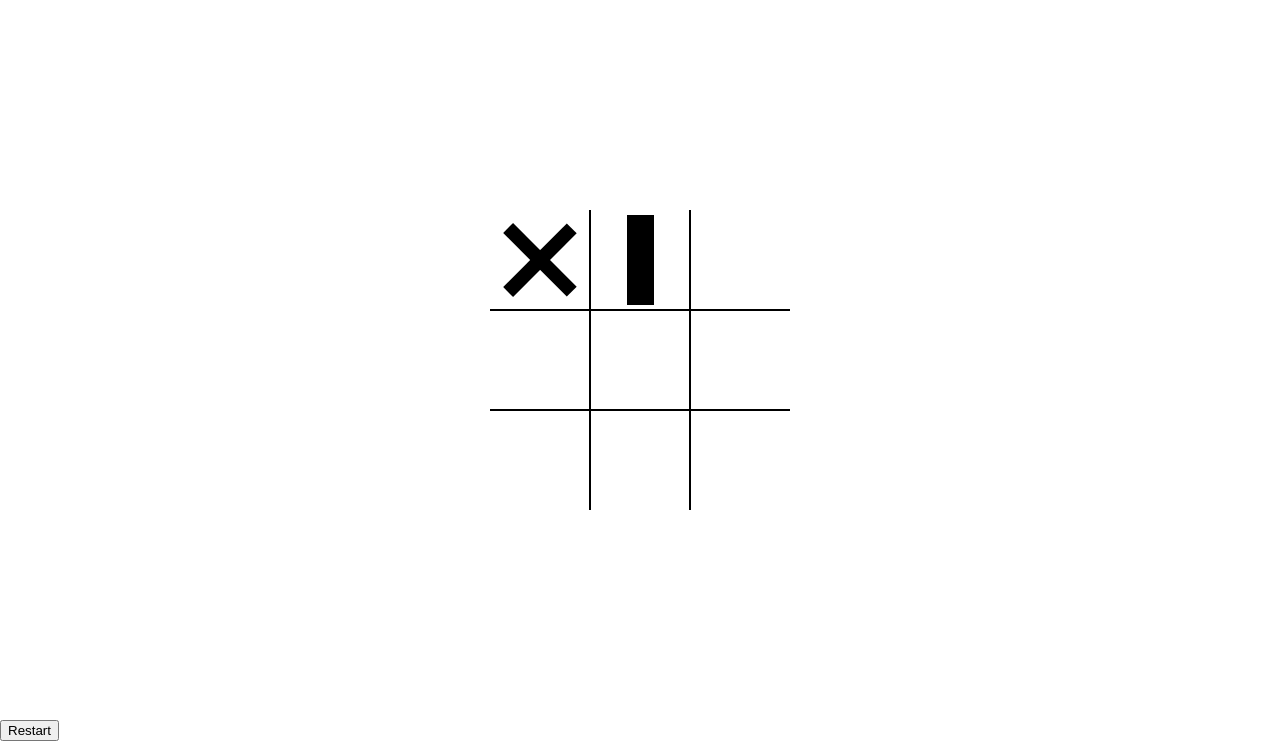
Repository: divya2/tic-toc-toe
Page: index.html
The author's editor kept a copy of each file at every save. The page is drawn from the files as they stood at one save, then again after the next save.
The browser window is 1280 px wide. The pictures show the whole page.

Above is the page before, as saved 2020-10-29 21:16:22.
Not found: script.js

### index.html
<!DOCTYPE html>
<html lang="en">
<head>
    <meta charset="UTF-8">
    <meta name="viewport" content="width=device-width, initial-scale=1.0">
    <link rel="stylesheet" href="styles.css">
    <script src="script.js" defer></script>
    <title>Document</title>
</head>
<body>
    <div class="board" id="board">
        <div class="cell x" data-cell></div>
        <div class="cell circle" data-cell></div>
        <div class="cell" data-cell></div>
        <div class="cell" data-cell></div>
        <div class="cell" data-cell></div>
        <div class="cell" data-cell></div>
        <div class="cell" data-cell></div>
        <div class="cell" data-cell></div>
        <div class="cell" data-cell></div>
    </div>

    <div class="winning-message">
        <button id="restartButton">Restart</button>
    </div>
</body>
</html>

### styles.css
*, *::after, *::before {
    box-sizing: border-box;
}

:root {
    --cell-size: 100px;
    --mark-size: calc(var(--cell-size)* .9);
}
body {
    margin: 0;
}

.board {
    width: 100w;
    height: 100vh;
    display: grid;
    justify-content: center;
    align-content: center;
    justify-content: center;
    align-items: center;
    grid-template-columns: repeat(3,auto);
}

.cell {
    width: var(--cell-size);
    height: var(--cell-size);
    border: 1px solid black;
    display: flex;
    justify-content: center;
    align-items: center;
    position: relative;
}

.cell:first-child,
.cell:nth-child(2),
.cell:nth-child(3){
    border-top: none;
}

.cell:nth-child(3n+1){
    border-left: none;
}

.cell:nth-child(3n+3){
    border-right: none;
}

.cell:last-child,
.cell:nth-child(8),
.cell:nth-child(7){
    border-bottom: none;
}

.cell.x::before,
.cell.x::after{
    content:'';
    position: absolute;
    width: calc(var(--mark-size)*.15);
    height: var(--mark-size);
    background-color: black;
}

.cell.x::after{
    transform: rotate(-45deg);
}

.cell.x::before{
    transform: rotate(45deg);
}

.cell.circle::before,
.cell.circle::after{
    content: '';
    position: absolute;
    width: calc(var(--mark-size)*.30);
    height: var(--mark-size);
    background-color: black;
}

After the next save:
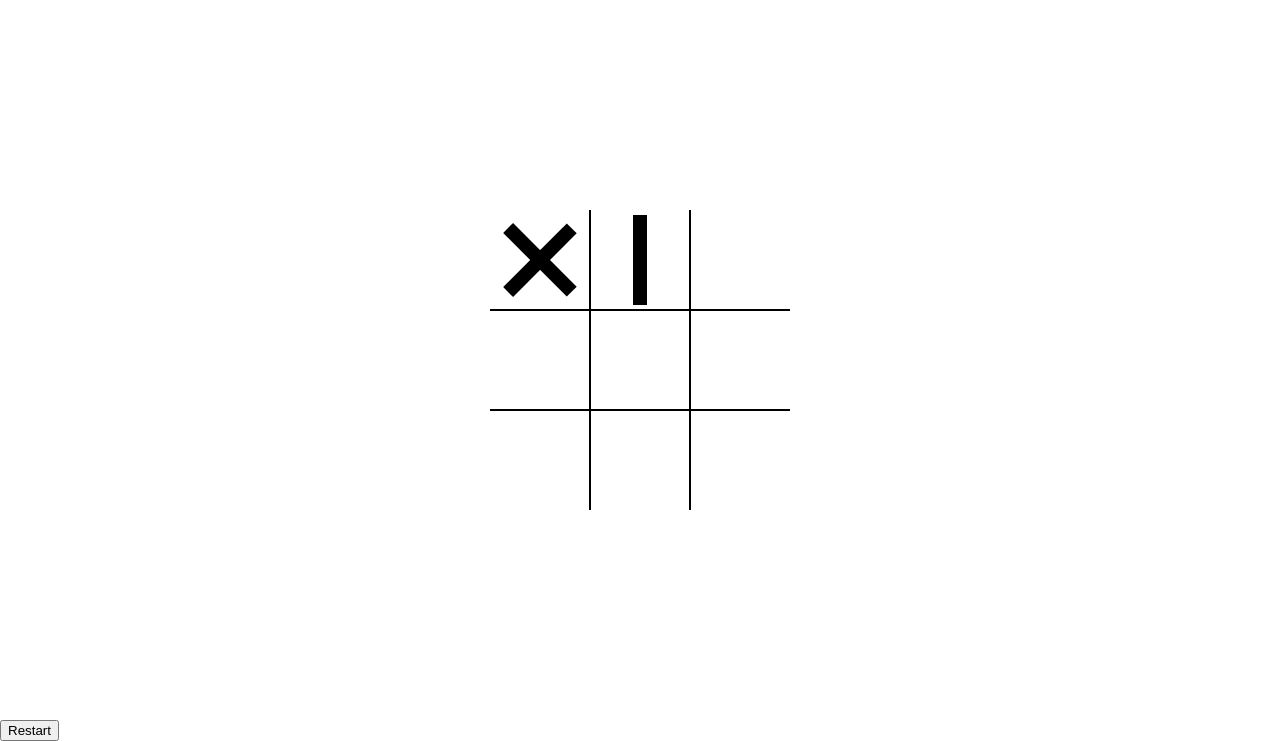
Saved 8 s later.
--- a/styles.css
+++ b/styles.css
@@ -72,7 +72,7 @@ body {
 .cell.circle::after{
     content: '';
     position: absolute;
-    width: calc(var(--mark-size)*.30);
+    width: calc(var(--mark-size)*.15);
     height: var(--mark-size);
     background-color: black;
 }
